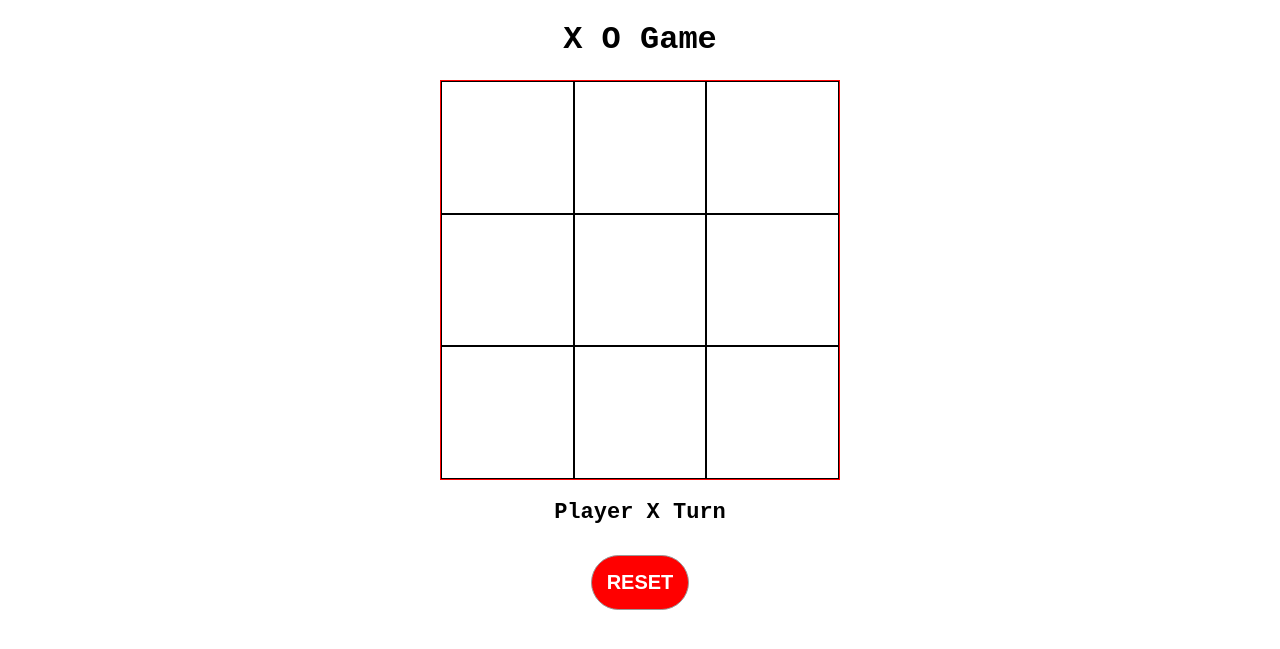
Repository: abdelrahman-ahmed-nassar/javascript-games
Page: my_x-o/index.html
An editor plug-in stored every save of this project. The page is shown before and after a run of saves, followed by the edit.
The browser window is 1280 px wide. The pictures show the whole page.
After loading, the first visible `#reset-btn` was clicked once.

Above is the page before, as saved 2024-07-27 23:33:46.

After the next 2 saves:
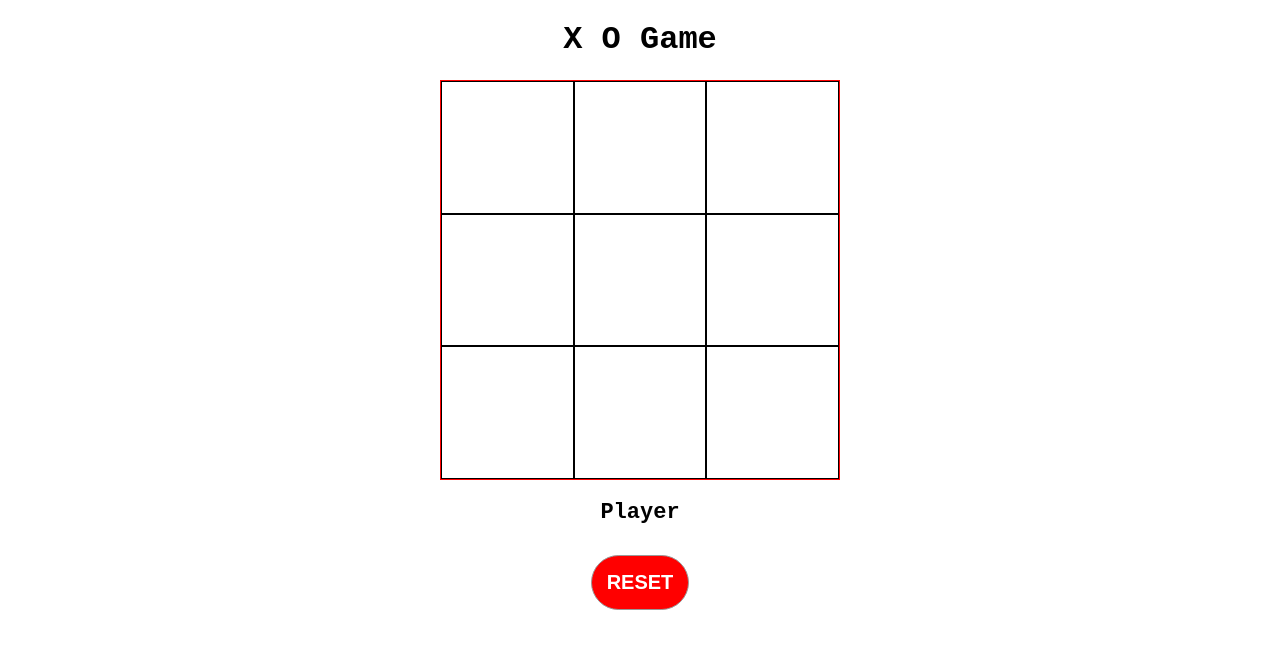
The 2 saves are shown as one change because they came seconds apart.
The last was saved 29 s later.
--- a/my_x-o/script.js
+++ b/my_x-o/script.js
@@ -107,7 +107,7 @@ resetBtn.addEventListener("click", function (e) {
     document.querySelector(`.box-${i}`).style = "pointer-events: all;";
   }
 
-  textEl.innerHTML = `Player <span id="active-player">${activePlayer}</span> Turn`;
+  textEl.innerHTML = `Player `;
 
   updateGrid(-1);
   init();
